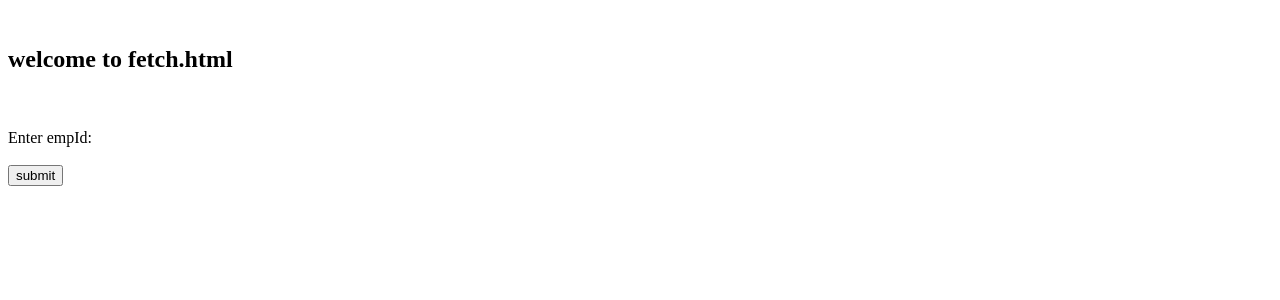
Repository: NithishKaranam/Get-commands
Page: DemoServlet/src/main/webapp/fetch.html
An editor plug-in stored every save of this project. The page is shown before and after the next save, followed by the edit.
The browser window is 1280 px wide. The pictures show the whole page.

Above is the page before, as saved 2024-02-08 10:48:30.

### DemoServlet/src/main/webapp/fetch.html
<!DOCTYPE html>
<html>
<head>
<meta charset="ISO-8859-1">
<title>Insert title here</title>
</head>
<body>
<marquee></marquee><h2>welcome to fetch.html</h2>
<br><br>
Enter empId:<inputype="text" name="name">
<br><br>
<input type="submit" value="submit">
</body>
</html>

After the next save:
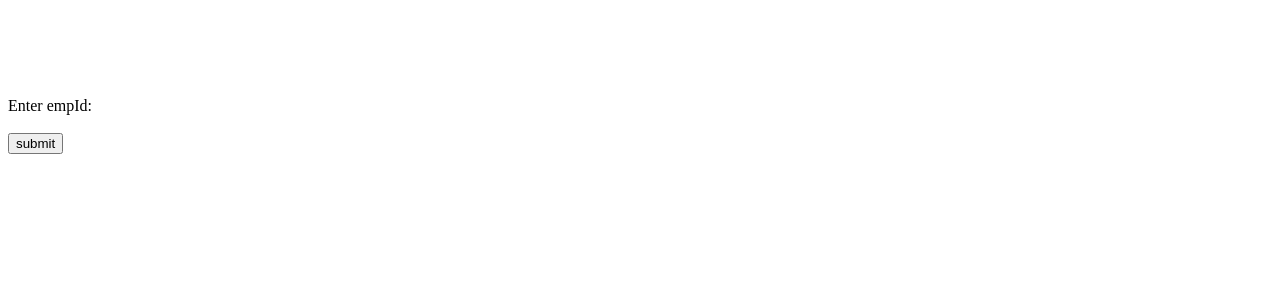
Saved 86 s later.
--- a/DemoServlet/src/main/webapp/fetch.html
+++ b/DemoServlet/src/main/webapp/fetch.html
@@ -5,7 +5,7 @@
 <title>Insert title here</title>
 </head>
 <body>
-<marquee></marquee><h2>welcome to fetch.html</h2>
+<marquee><h2>welcome to fetch.html</h2></marquee>
 <br><br>
 Enter empId:<inputype="text" name="name">
 <br><br>
